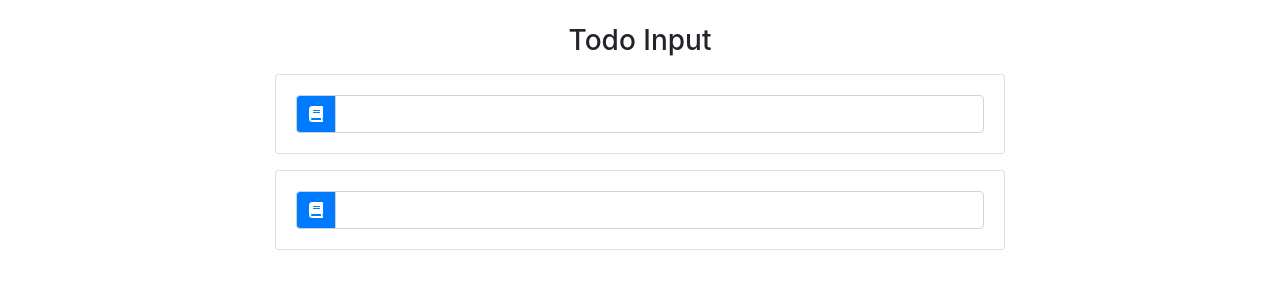
Repository: TomoyaKuroda/React-Simple-Todo-App
Page: /
An editor plug-in stored every save of this project. The page is shown before and after the next save, followed by the edit.
The browser window is 1280 px wide. The pictures show the whole page.
Some web libraries are served in a nearby version. The project was rebuilt for these pictures with package versions that can differ from the ones it lists, and the page was loaded fresh each time.

Above is the page before, as saved 2018-12-06 22:05:08.

### public/index.html
<!DOCTYPE html>
<html lang="en">

  <head>
    <meta charset="utf-8">
    <link rel="shortcut icon" href="%PUBLIC_URL%/favicon.ico">
    <meta name="viewport" content="width=device-width, initial-scale=1, shrink-to-fit=no">
    <meta name="theme-color" content="#000000">
    <!-- manifest.json provides metadata used when your web app is added to the homescreen on Android. See https://developers.google.com/web/fundamentals/web-app-manifest/ -->
    <link rel="manifest" href="%PUBLIC_URL%/manifest.json">
    <!-- Notice the use of %PUBLIC_URL% in the tags above. It will be replaced with the URL of the `public` folder during the build. Only files inside the `public` folder can be referenced from the HTML. Unlike "/favicon.ico" or "favicon.ico", "%PUBLIC_URL%/favicon.ico" will work correctly both with client-side routing and a non-root public URL. Learn how to configure a non-root public URL by running `npm run build`. -->
    <link rel="stylesheet" href="https://use.fontawesome.com/releases/v5.5.0/css/all.css" integrity="sha384-B4dIYHKNBt8Bc12p+WXckhzcICo0wtJAoU8YZTY5qE0Id1GSseTk6S+L3BlXeVIU" crossorigin="anonymous">
    <title>Todo App</title>
  </head>

  <body>
    <noscript>
      You need to enable JavaScript to run this app.
    </noscript>
    <div id="root"></div>
    <!-- This HTML file is a template. If you open it directly in the browser, you will see an empty page. You can add webfonts, meta tags, or analytics to this file. The build step will place the bundled scripts into the <body> tag. To begin the development, run `npm start` or `yarn start`. To create a production bundle, use `npm run build` or `yarn build`. -->
  </body>

</html>

### src/App.js
import React, { Component } from 'react';

import TodoInput from './components/TodoInput';
import TodoList from "./components/TodoInput";

import 'bootstrap/dist/css/bootstrap.min.css'
import uuid from 'uuid'

class App extends Component {
  render() {
    return (
      <div className="container">
      <div className="row">
      <div className="col-10 mx-auto col-md-8 mt-4">
      <h3 className="text-capitalize text-center">
      todo input
      </h3>
      <TodoInput />
            <TodoList />
      </div>

      </div>

      </div>
    );
  }
}

export default App;

### src/components/TodoInput.js
import React, { Component } from 'react'

export default class TodoInput extends Component {
  render() {
    return (
      <div className="card card-body my-3">
        <form>
        <div className="input-group">
        <div className="input-group-prepend">
        <div className="input-group-text bg-primary text-white">
        <i className="fas fa-book">
        </i>
        </div>
        </div>
        <input type="text" className="form-control">
        </input>
        </div>
        </form>
      </div>
    )
  }
}

Loaded but not shown: src/index.js (common file); src/index.css (common file); src/serviceWorker.js (common file)

After the next save:
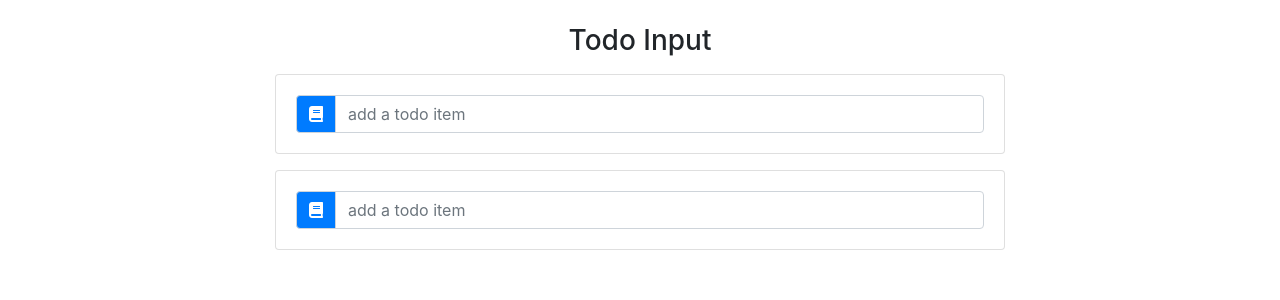
Saved 62 s later.
--- a/src/components/TodoInput.js
+++ b/src/components/TodoInput.js
@@ -12,7 +12,8 @@ export default class TodoInput extends Component {
         </i>
         </div>
         </div>
-        <input type="text" className="form-control">
+        <input type="text" className="form-control"
+        placeholder="add a todo item">
         </input>
         </div>
         </form>
